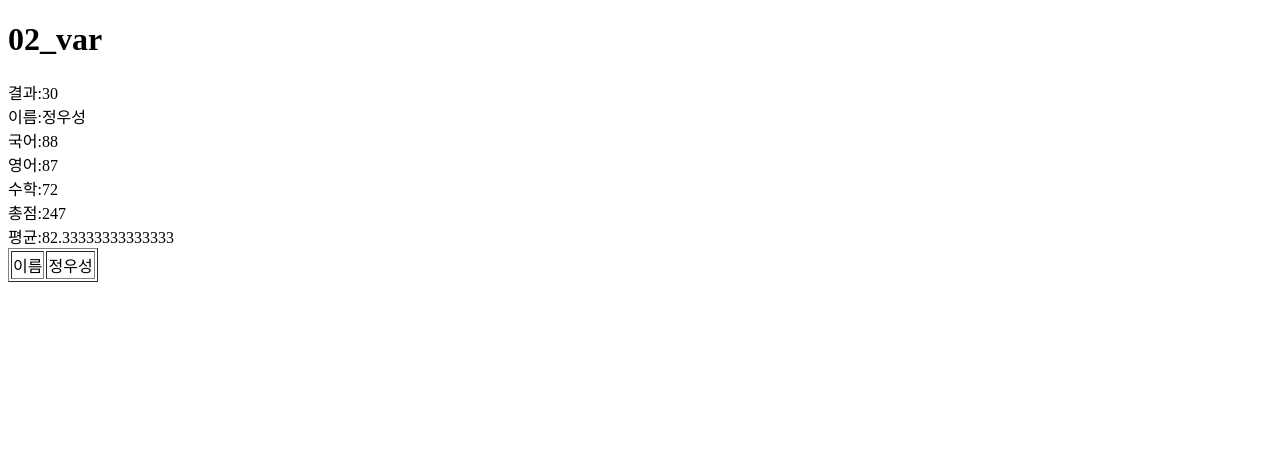
Repository: psun2/Korea-IT-Academy
Page: (back up) _ 오전/study_a/web_work/scriptProj/WebContent/first/02_var.html
The author's editor kept a copy of each file at every save. The page is drawn from the files as they stood at one save, then again after the next save.
The browser window is 1280 px wide. The pictures show the whole page.

Above is the page before, as saved 2020-07-30 01:49:39.

### (back up) _ 오전/study_a/web_work/scriptProj/WebContent/first/02_var.html
<!DOCTYPE html>
<html>
<head>
<meta charset="UTF-8">
<title>02_var</title>
</head>
<body>
<h1>02_var</h1>
<script>
	var a = 10, b= 20
	document.write('결과:'+(a+b))

	var name = '정우성'
	var kor = 88, eng = 87, mat = 72
	var tot = kor + eng + mat
	var avg = tot / 3

	document.write('<br>이름:'+name)
	document.write('<br>국어:'+kor)
	document.write('<br>영어:'+eng)
	document.write('<br>수학:'+mat)
	document.write('<br>총점:'+tot)
	document.write('<br>평균:'+avg)

</script>

<table border="">
	<tr>
		<td>이름</td>
		<td><script>document.write(name)</script></td>
	</tr>
</table>




</body>
</html>

After the next save:
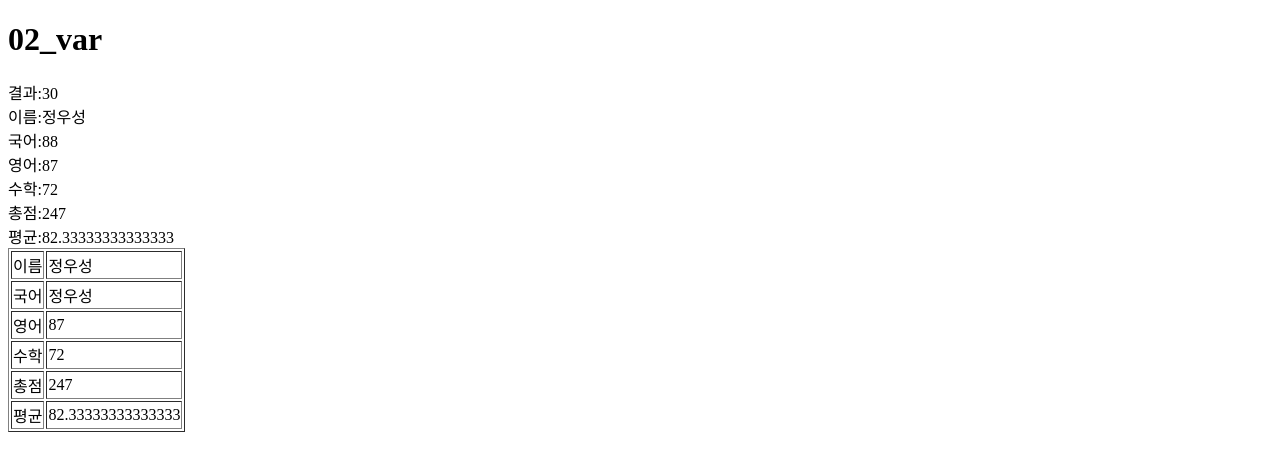
Saved 61 s later.
--- a/(back up) _ 오전/study_a/web_work/scriptProj/WebContent/first/02_var.html
+++ b/(back up) _ 오전/study_a/web_work/scriptProj/WebContent/first/02_var.html
@@ -29,6 +29,26 @@
 		<td>이름</td>
 		<td><script>document.write(name)</script></td>
 	</tr>
+	<tr>
+		<td>국어</td>
+		<td><script>document.write(name)</script></td>
+	</tr>
+	<tr>
+		<td>영어</td>
+		<td><script>document.write(eng)</script></td>
+	</tr>
+	<tr>
+		<td>수학</td>
+		<td><script>document.write(mat)</script></td>
+	</tr>
+	<tr>
+		<td>총점</td>
+		<td><script>document.write(tot)</script></td>
+	</tr>
+	<tr>
+		<td>평균</td>
+		<td><script>document.write(avg)</script></td>
+	</tr>
 </table>
 
 
